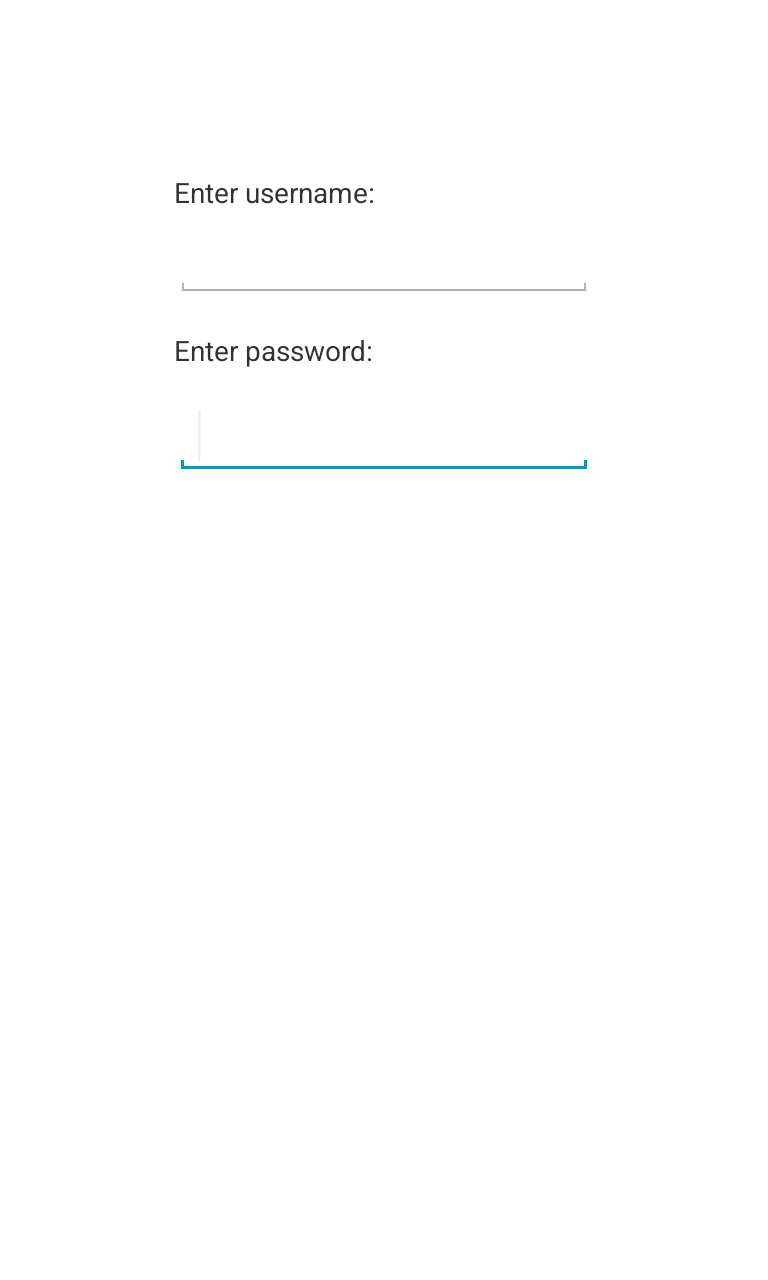
Repository: Codlex/JSMS
Layout: AndroidClient/res/layout/register_layout.xml
These files come from the project's save history. The layout is drawn as it stood at one moment and after the next save; the edit follows.
It is drawn on a 768 x 1280 px phone screen (xhdpi) without system bars, with theme AppTheme; the app's code is not run.

Above is the layout before, as saved 2013-01-04 15:01:53.

### AndroidClient/res/layout/register_layout.xml
<?xml version="1.0" encoding="utf-8"?>
<RelativeLayout xmlns:android="http://schemas.android.com/apk/res/android"
    android:id="@+id/RelativeLayout1"
    android:layout_width="match_parent"
    android:layout_height="match_parent"
    android:orientation="vertical" >

    <TextView
        android:id="@+id/text1"
        android:layout_width="wrap_content"
        android:layout_height="wrap_content"
        android:layout_alignBottom="@+id/username"
        android:layout_alignLeft="@+id/username"
        android:layout_alignRight="@+id/username"
   		android:text="@string/username"
        android:layout_marginBottom="44dp" />

    <TextView
        android:id="@+id/text2"
        android:layout_width="wrap_content"
        android:layout_height="wrap_content"
        android:layout_alignLeft="@+id/username"
        android:layout_below="@+id/text1"
        android:layout_marginTop="16dp"
        android:text="@string/password" />

    <EditText
        android:id="@+id/username"
        android:layout_width="wrap_content"
        android:layout_height="wrap_content"
        android:layout_alignParentTop="true"
        android:layout_centerHorizontal="true"
        android:layout_marginTop="110dp"
        android:ems="10"
        android:inputType="textPersonName" />

    <EditText
        android:id="@+id/password"
        android:layout_width="wrap_content"
        android:layout_height="wrap_content"
        android:layout_alignLeft="@+id/text2"
        android:layout_below="@+id/text2"
        android:layout_marginTop="14dp"
        android:ems="10"
        android:inputType="textPassword" >

        <requestFocus />
    </EditText>

</RelativeLayout>

### AndroidClient/res/values/strings.xml
<?xml version="1.0" encoding="utf-8"?>
<resources>

    <string name="app_name">AndroidClient</string>
    <string name="hello_world">Hello world!</string>
    <string name="menu_settings">Settings</string>
    <string name="username">Enter username:</string>
    <string name="password">Enter password:</string>
    <string name="email">Enter email:</string>
    <string name="login">Login</string>
    <string name="register">Register</string>
	<string name="create_account">Create account</string>

</resources>

Loaded but not shown: AndroidClient/res/values/styles.xml (common file); AndroidClient/res/values-v11/styles.xml (common file); AndroidClient/res/values-v14/styles.xml (common file)

After the next save:
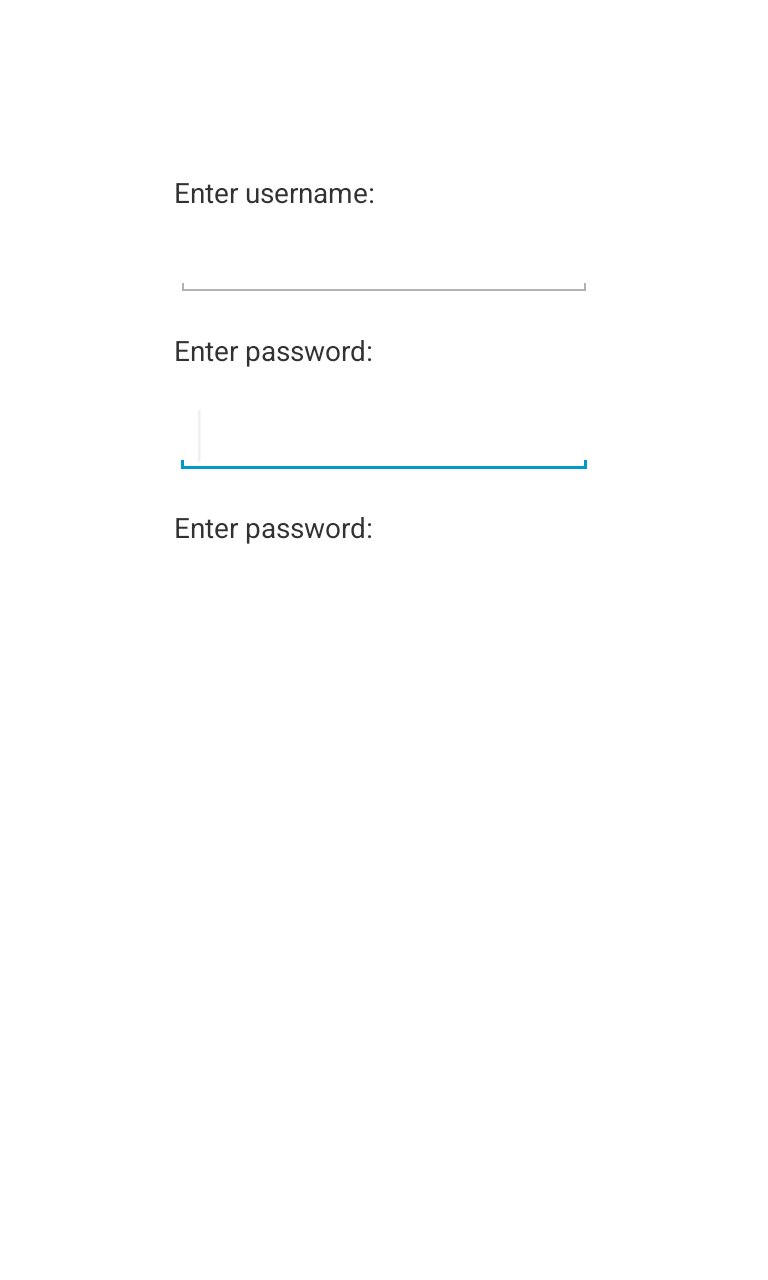
Saved 6 s later.
--- a/AndroidClient/res/layout/register_layout.xml
+++ b/AndroidClient/res/layout/register_layout.xml
@@ -47,4 +47,13 @@
         <requestFocus />
     </EditText>
 
+    <TextView
+        android:id="@+id/TextView01"
+        android:layout_width="wrap_content"
+        android:layout_height="wrap_content"
+        android:layout_alignLeft="@+id/password"
+        android:layout_below="@+id/password"
+        android:layout_marginTop="16dp"
+        android:text="@string/password" />
+
 </RelativeLayout>
